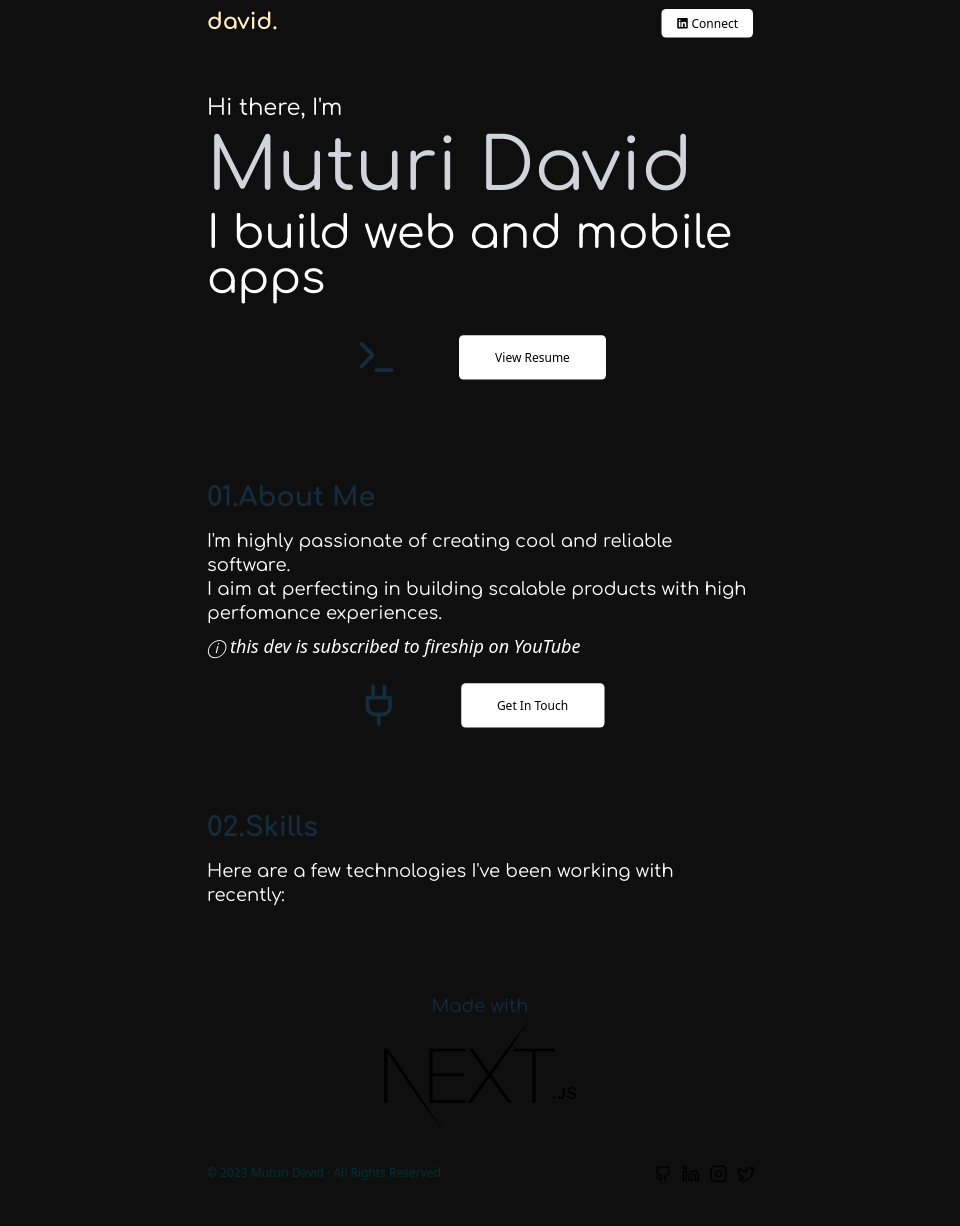
Repository: tushcmd/tushdev-portfolio
Page: /
An editor plug-in stored every save of this project. The page is shown before and after the next save, followed by the edit.
The browser window is 1280 px wide. The pictures show the whole page, at 75% of full size.
The project was rebuilt for these pictures with package versions that can differ from the ones it lists, and the page was loaded fresh each time. The framework's server and built-in components were replaced by stand-ins that run in the browser. Also part of the build but not shown: next.config.js.

Above is the page before, as saved 2023-12-16 00:29:27.

After the next save:
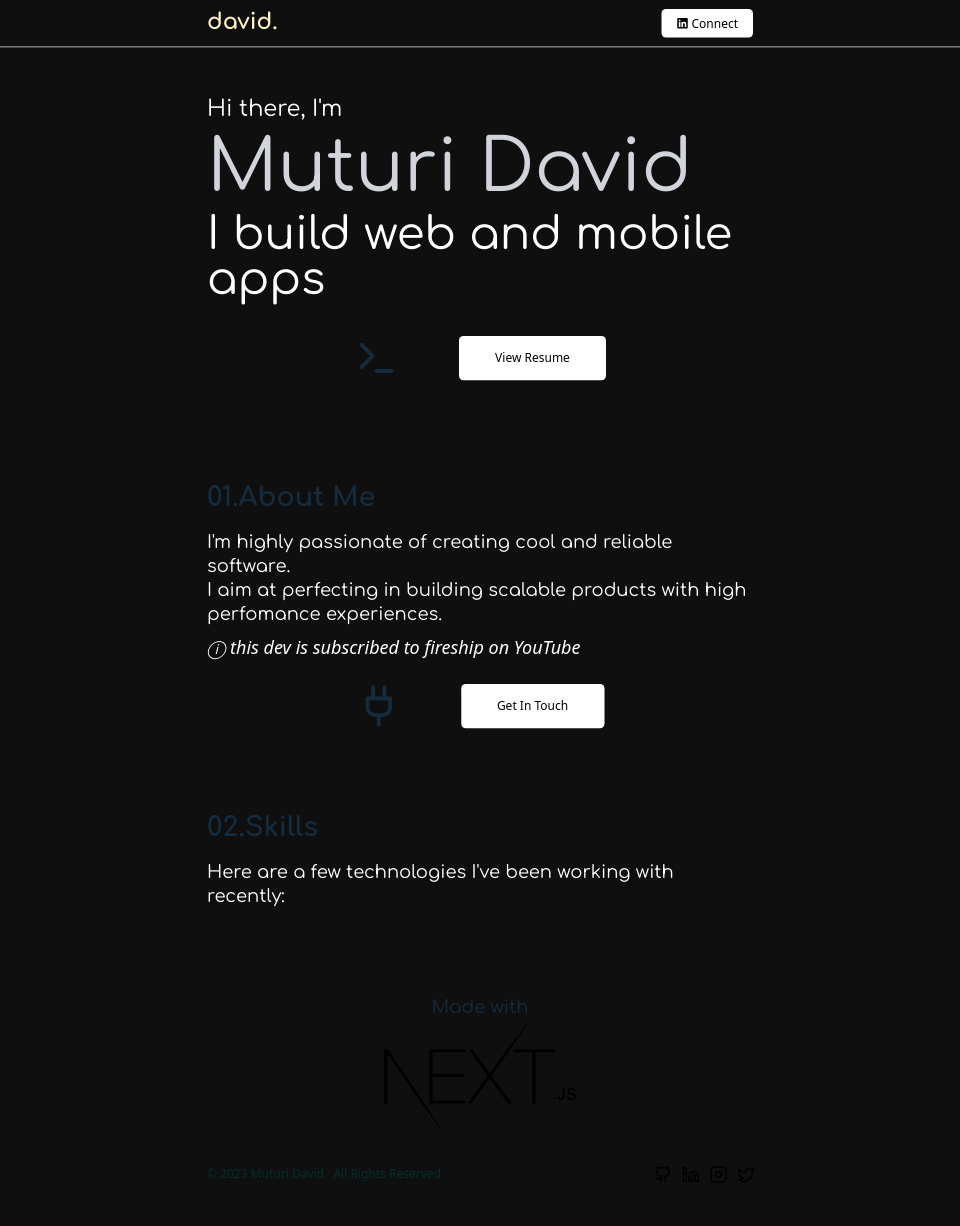
Saved 92 s later.
--- a/app/ui/nav.tsx
+++ b/app/ui/nav.tsx
@@ -10,7 +10,7 @@ export default function Navbar() {
       const header = document.getElementById('header');
 
       if (header && window.scrollY > 250) {
-        header.classList.add('border-b-0');
+        header.classList.add('border-b');
         header.classList.add('fixed');
         header.classList.add('shadow-after-3');
       } else if (header) {
